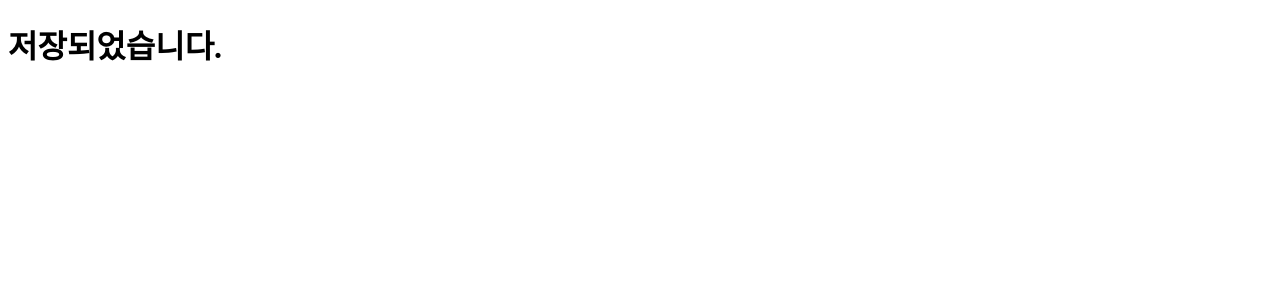
Repository: odasd/Ark-html
Page: http://localhost/ex20200409/sqlinsert.jsp
An editor plug-in stored every save of this project. The page is shown before and after the next save, followed by the edit.
The browser window is 1280 px wide. The pictures show the whole page.
The page is served by Tomcat 9.

Above is the page before, as saved 2020-04-09 06:24:13.

After the next save:
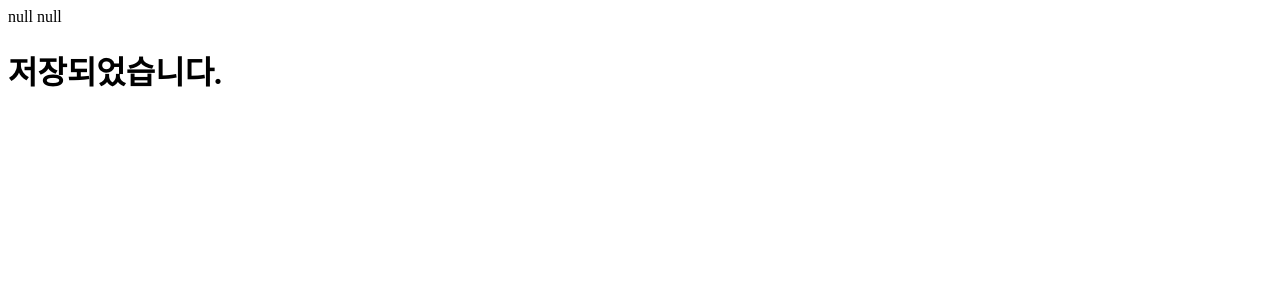
Saved 7 min 29 s later.
--- a/20200409/ex20200409/WebContent/sqlinsert.jsp
+++ b/20200409/ex20200409/WebContent/sqlinsert.jsp
@@ -1,5 +1,11 @@
 <%@ page language="java" contentType="text/html; charset=UTF-8" pageEncoding="UTF-8"%>
 
+<% 	String title=request.getParameter("title");
+	String article=request.getParameter("article");
+
+	out.println(title);
+	out.println(article);
+ %>
 
 
 
@@ -11,5 +17,6 @@
 </head>
 <body>
 	<h1>저장되었습니다.</h1>
+
 </body>
 </html>
